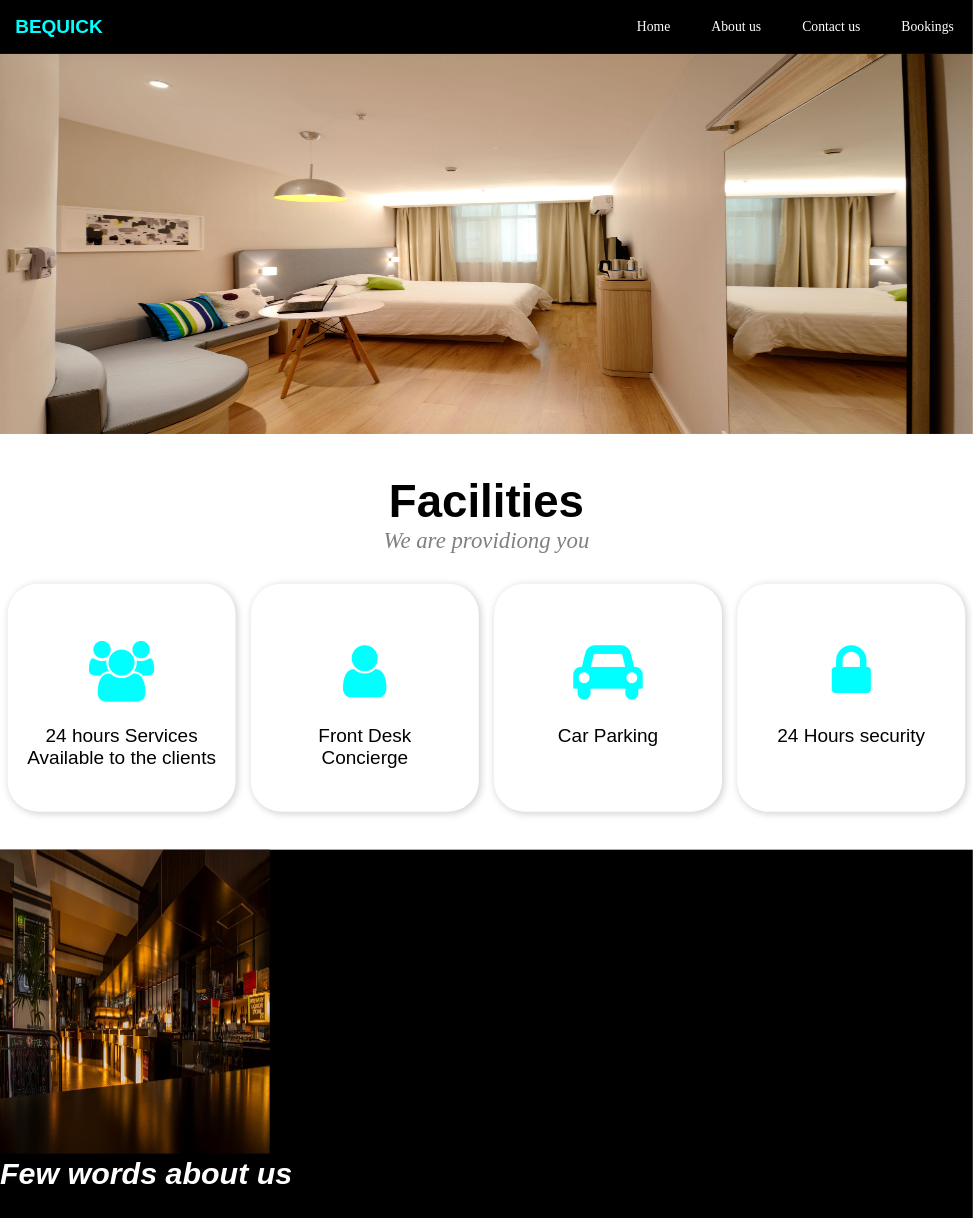
Repository: Ayushi6Sharma/BEQUICK_Hotel_Booking_Web
Page: index.html
The author's editor kept a copy of each file at every save. The page is drawn from the files as they stood at one save, then again after the next save.
The browser window is 1280 px wide. The pictures show the whole page, at 76% of full size.

Above is the page before, as saved 2022-05-09 01:52:49.

After the next save:
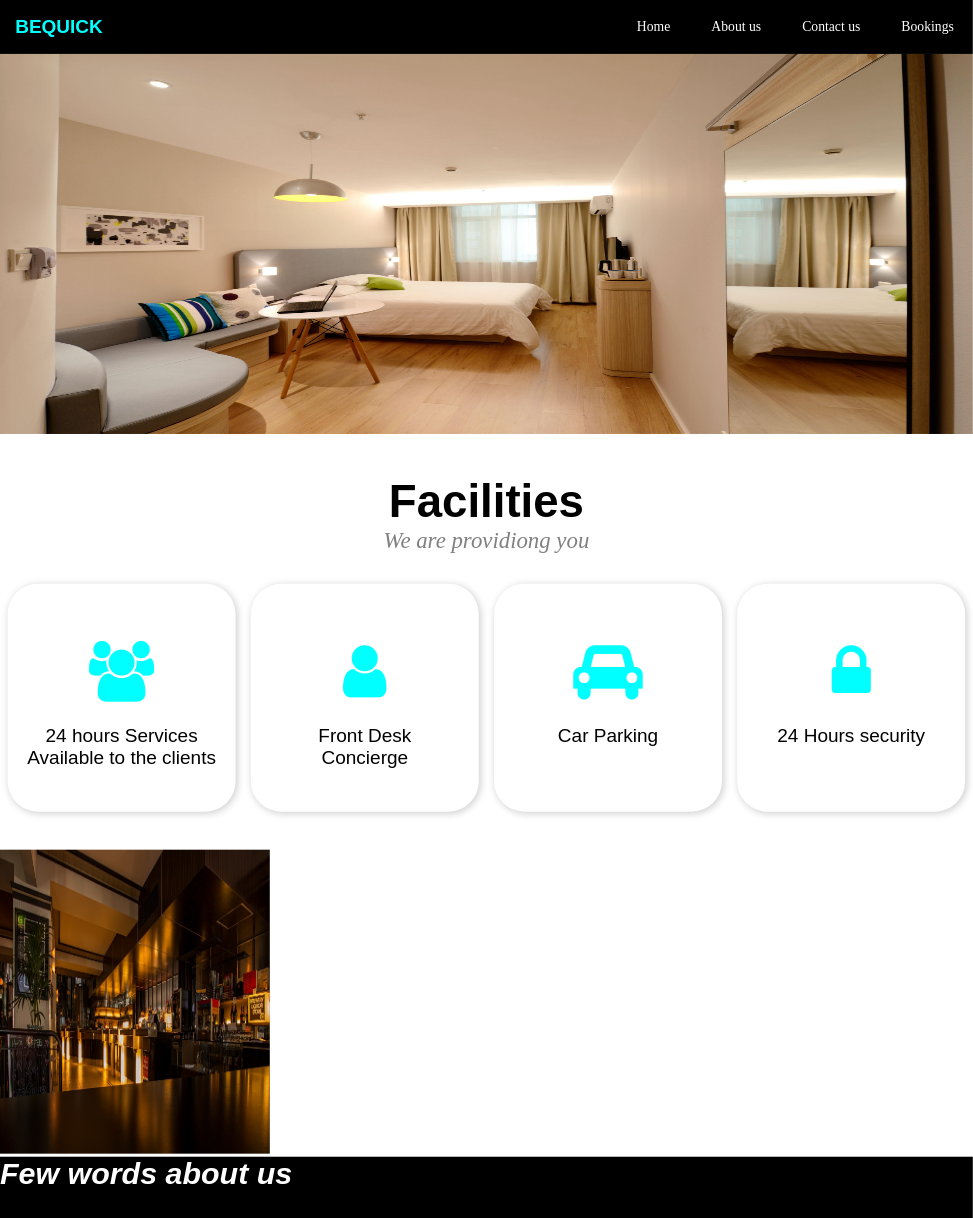
Saved 30 s later.
--- a/style.css
+++ b/style.css
@@ -115,12 +115,15 @@
     margin-top: 50px;
     display: flex;
     flex-wrap: wrap;
-    background-color:black;
 }
 .about-image
 {
     width:50%;
     height:400px;
+}
+.about-content
+{
+    background-color:black;
 }
 .about-content-1
 {

After the save that followed:
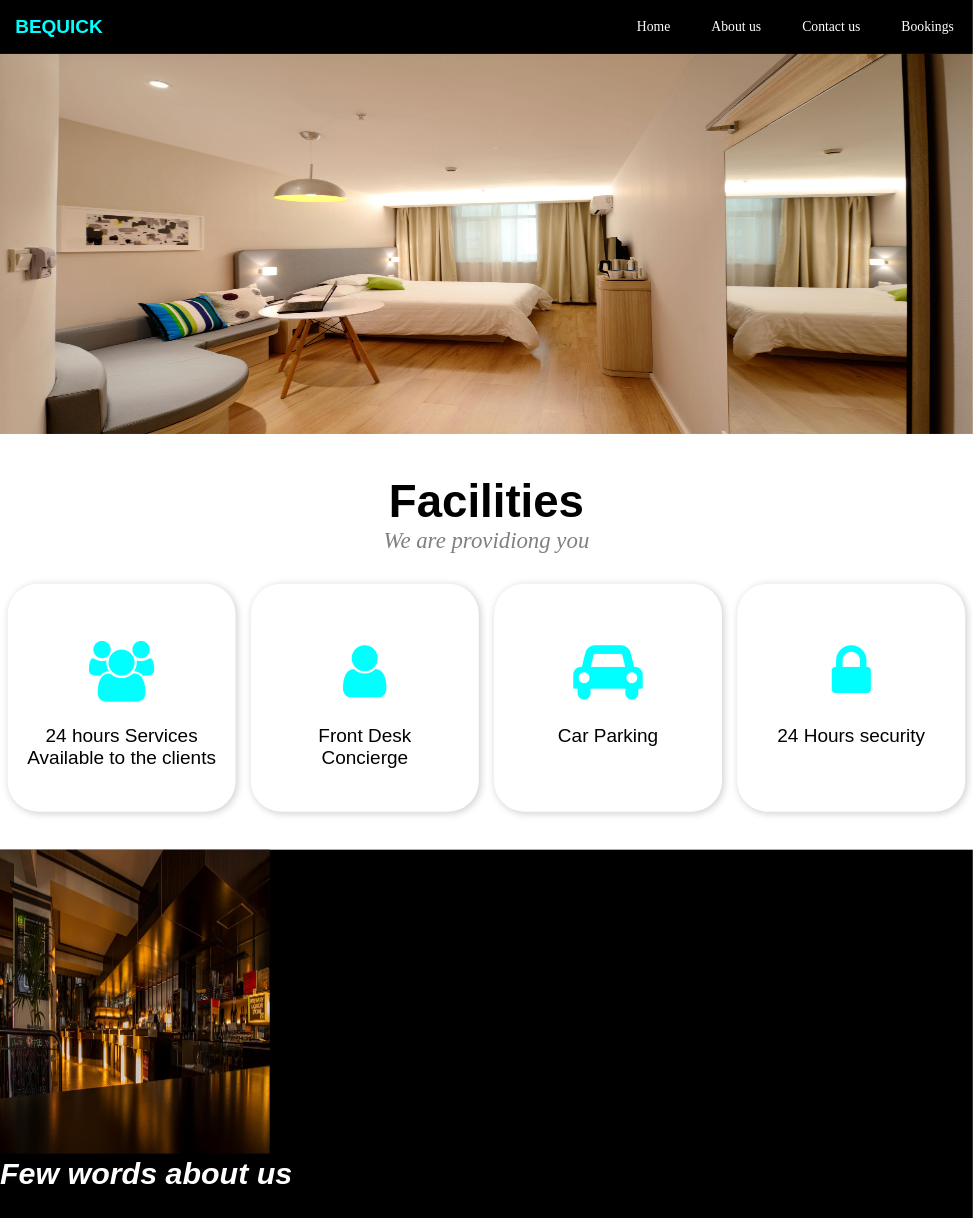
Saved 13 s later.
--- a/style.css
+++ b/style.css
@@ -115,15 +115,12 @@
     margin-top: 50px;
     display: flex;
     flex-wrap: wrap;
+    background-color:black;
 }
 .about-image
 {
     width:50%;
     height:400px;
-}
-.about-content
-{
-    background-color:black;
 }
 .about-content-1
 {
